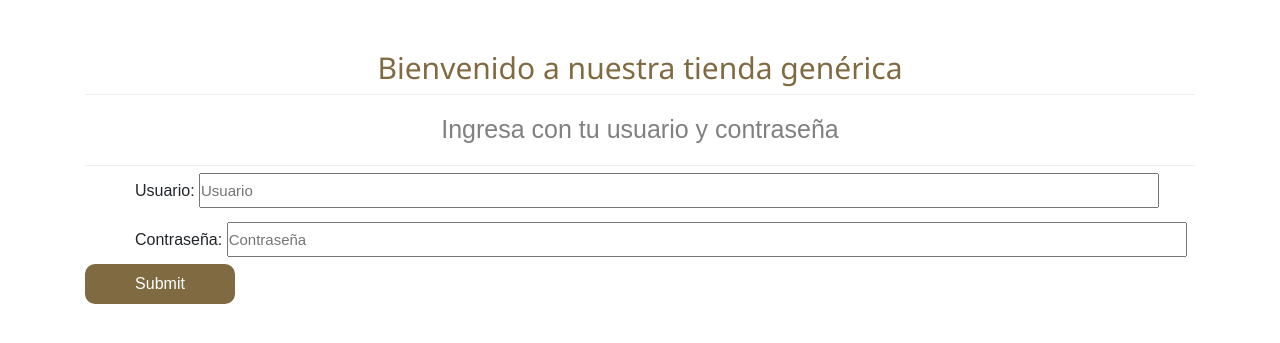
Repository: andresrojas686/tiendaGenericaMintic
Page: primerJSP/src/main/webapp/index.html
An editor plug-in stored every save of this project. The page is shown before and after the next save, followed by the edit.
The browser window is 1280 px wide. The pictures show the whole page.

Above is the page before, as saved 2021-09-15 15:39:48.

After the next save:
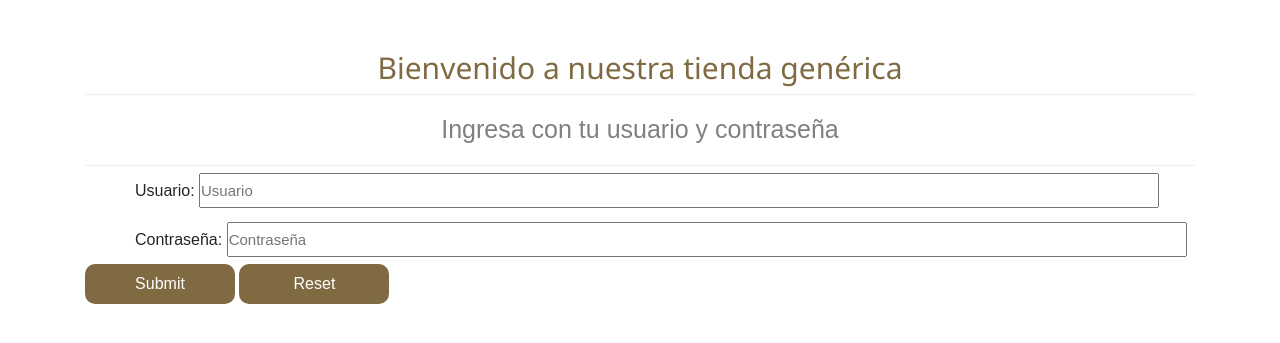
Saved 89 s later.
--- a/primerJSP/src/main/webapp/index.html
+++ b/primerJSP/src/main/webapp/index.html
@@ -27,6 +27,7 @@
 							</label>
 							<div>
 								<input type="submit" class="botones-usuario">
+								<input type="reset" class="botones-usuario">
 							</div>
 						</form>
 					</div>
